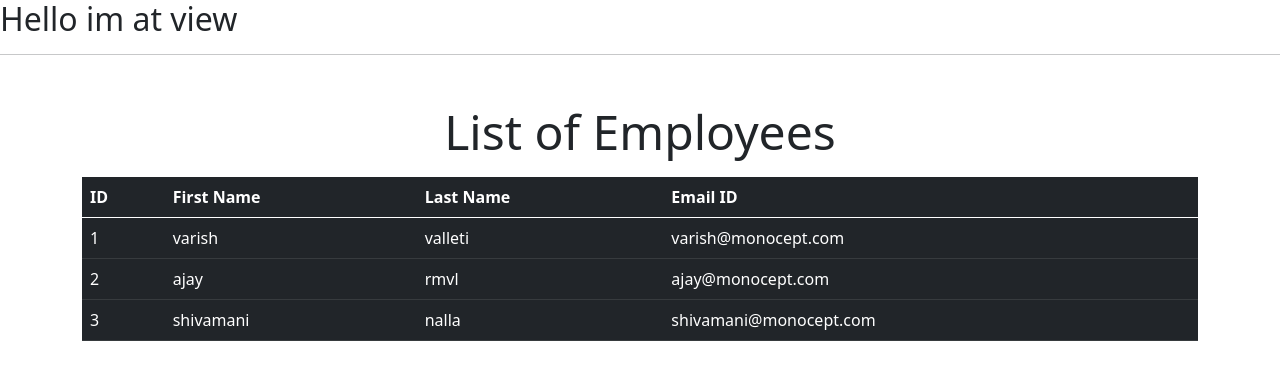
Repository: valletivarish/monojsp
Page: http://localhost/07-mvc-demo/student
An editor plug-in stored every save of this project. The page is shown before and after the next save, followed by the edit.
The browser window is 1280 px wide. The pictures show the whole page.
The page is served by Tomcat 9.

Above is the page before, as saved 2024-07-16 07:48:52.

After the next save:
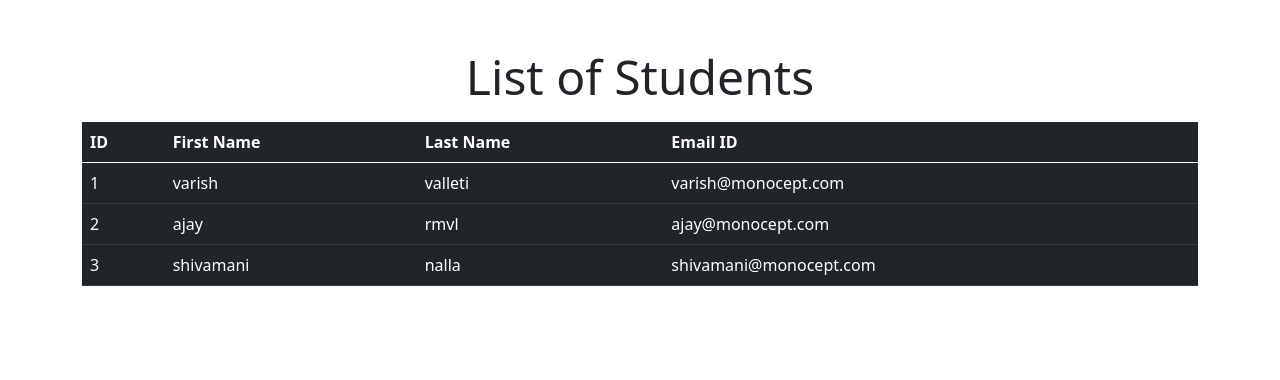
Saved 56 s later.
--- a/07-mvc-demo/WebContent/view-student.jsp
+++ b/07-mvc-demo/WebContent/view-student.jsp
@@ -18,10 +18,8 @@
 	crossorigin="anonymous"></script>
 </head>
 <body>
-	<h2>Hello im at view</h2>
-	<hr>
 	<div class="container my-5">
-   		<h1 class="display-5 text-center my-3">List of Employees</h1>
+   		<h1 class="display-5 text-center my-3">List of Students</h1>
    		<table class="table table-hover table-dark">
         <thead>
             <tr>
